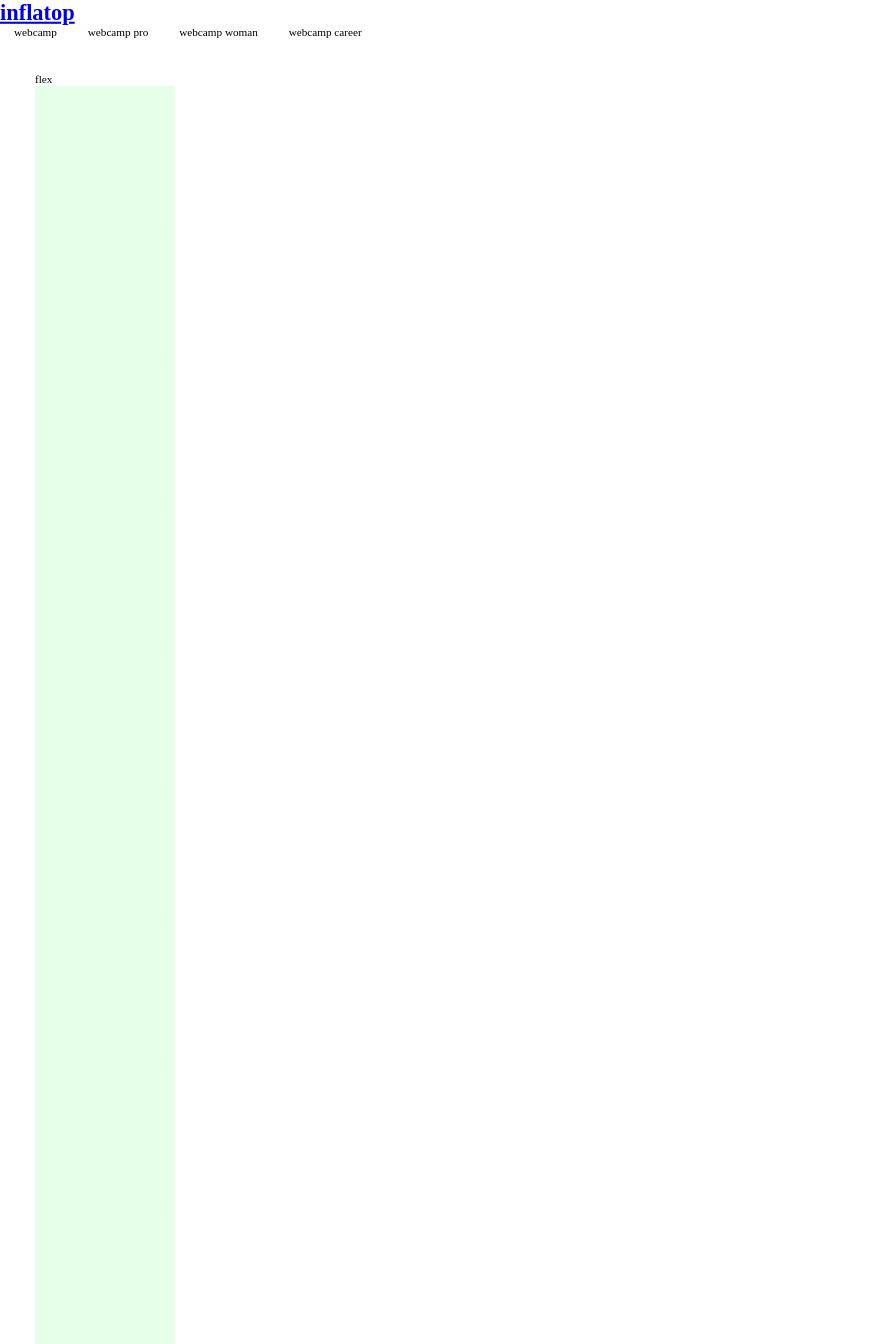
Repository: sunny0105yoko/bookers2-debug
Page: excise5/index.html
The author's editor kept a record of every edit. The page is drawn from the files as they stood at one moment, then again after the next edit.
The browser window is 1280 px wide. The pictures show the part of the page from y = 0 to 1920 px (the page is 2573 px tall before and 2391 px after), at 70% of full size.

Above is the page before.

### excise5/index.html
<!DOCTYPE html><!DOCTYPE html>
<html lang="ja">
  <head>
    <meta charset="UTF-8" />
    <link rel="stylesheet" href="style.css" />
    <title>Excise5</title>
  </head>

  <header>
    <h1 class="heading">
      <a href="https://web-camp.online/lesson/curriculums/283/contents/2682">
        inflatop
      </a>
    </h1>
    <nav>
      <ul class="nav-list">
        <li class="nav-list-item">webcamp</li>
        <li class="nav-list-item">webcamp pro</li>
        <li class="nav-list-item">webcamp woman</li>
        <li class="nav-list-item">webcamp career</li>
      </ul>
    </nav>
  </header>

  <body>
    <div class="flex">flex
     <div class="flex-box1"></div>
     <div class="flex-box1"></div>
     <div class="flex-box1"></div>
     <div class="flex-box1"></div>
     <div class="flex-box1"></div>
     <div class="flex-box1"></div>
     <div class="flex-box1"></div>
     <div class="flex-box1"></div>
     <div class="flex-box1"></div>
     <div class="flex-box1"></div>
     <div class="flex-box1"></div>
     <div class="flex-box1"></div>

  </body>
</html>

### excise5/style.css
*{
  margin:0;
  padding: 0;
  box-sizing:border-box;
}

headder{
  width: 100%;
  padding-top: 20px;
  padding-bottom: 20px;
  margin:0 auto;
  text-align: center;
}

.navi-list{
  text-align: center;
  padding 15px 0;
}
.nav-list-item{
  list-style: none;
  display:inline-block;
  padding: 0 20px;
}

.flex{
  display: flex-wrap;
  padding:50px;
}
.flex-box1{
  background-color: #e6ffe9;
  width: 200px;
  height: 200px;
}
.flex-box2{
  background-color: #cbffd3;
  width: 200px;
  height: 200px;
}
.flex-box3{
  background-color: #aeffbd;
  width: 200px;
  height: 200px;
}
.flex-box4{
  background-color: #93ffab;
  width: 200px;
  height: 200px;
}
.flex-box5{
  background-color: #f3ffd8;
  width: 200px;
  height: 200px;
}
.flex-box6{
  background-color: #edffbe;
  width: 200px;
  height: 200px;
}
.flex-box7{
  background-color: #e9ffa5;
  width: 200px;
  height: 200px;
}
.flex-box8{
  background-color: #e4ff8d;
  width: 200px;
  height: 200px;
}
.flex-box9{
  background-color: #d9e5ff;
  width: 200px;
  height: 200px;
}
.flex-box10{
  background-color: #bad3ff;
  width: 200px;
  height: 200px;
}
.flex-box11{
  background-color: #bad3ff;
  width: 200px;
  height: 200px;

After the next edit:
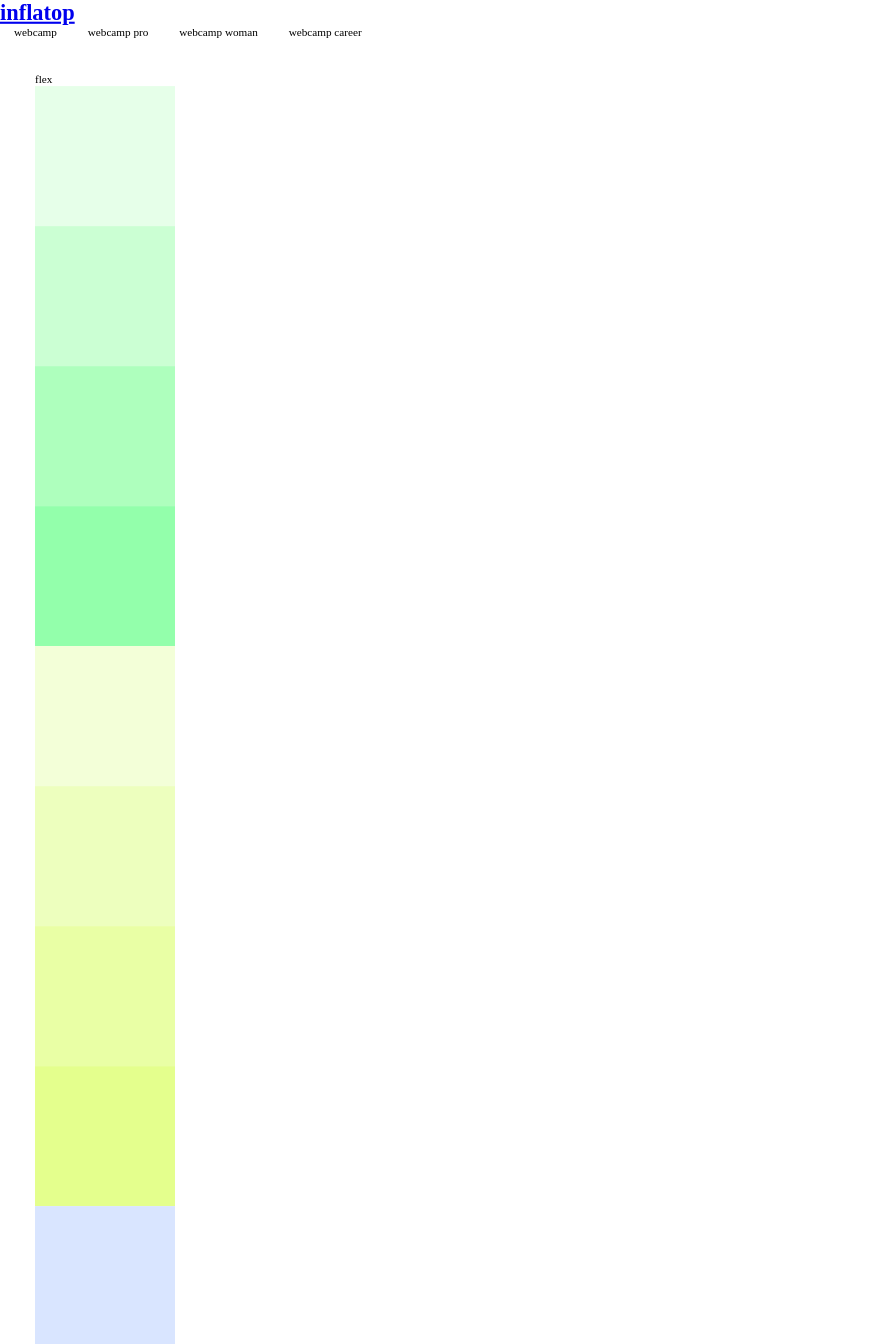
The edit:
--- a/excise5/index.html
+++ b/excise5/index.html
@@ -25,17 +25,23 @@
   <body>
     <div class="flex">flex
      <div class="flex-box1"></div>
-     <div class="flex-box1"></div>
-     <div class="flex-box1"></div>
-     <div class="flex-box1"></div>
-     <div class="flex-box1"></div>
-     <div class="flex-box1"></div>
-     <div class="flex-box1"></div>
-     <div class="flex-box1"></div>
-     <div class="flex-box1"></div>
-     <div class="flex-box1"></div>
-     <div class="flex-box1"></div>
-     <div class="flex-box1"></div>
+     <div class="flex-box2"></div>
+     <div class="flex-box3"></div>
+     <div class="flex-box4"></div>
+     <div class="flex-box5"></div>
+     <div class="flex-box6"></div>
+     <div class="flex-box7"></div>
+     <div class="flex-box8"></div>
+     <div class="flex-box9"></div>
+     <div class="flex-box10"></div>
+     <div class="flex-box11"></div>
+     <div class="flex-box12"></div>
+    </div>
 
+    <footer>
+      <div class="footer-contents">
+        ©All rights reserved by inflatop.inc.
+      </div>
+    </footer>
   </body>
 </html>
